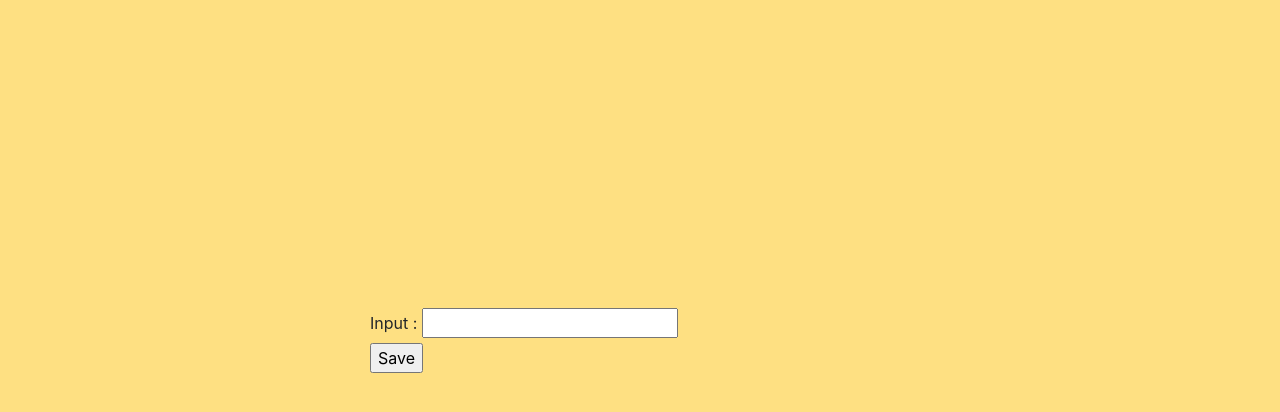
Repository: wtrabelssi/geolocalisation
Page: http://localhost/PfaGeo/view/index.jsp
An editor plug-in stored every save of this project. The page is shown before and after the next save, followed by the edit.
The browser window is 1280 px wide. The pictures show the whole page.
The page is served by Tomcat 9.

Above is the page before, as saved 2023-05-07 22:35:07.

After the next save:
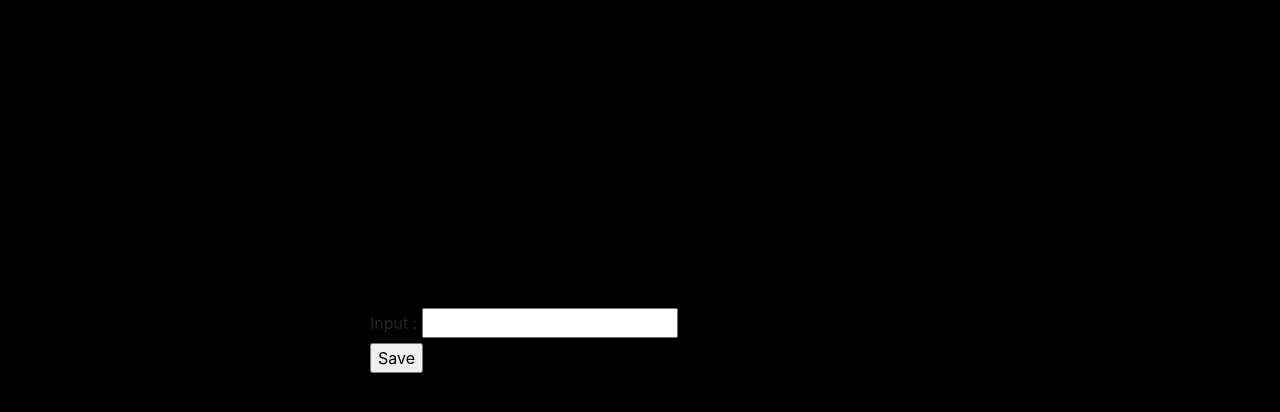
Saved 23 s later.
--- a/PfaGeo/src/main/webapp/view/index.jsp
+++ b/PfaGeo/src/main/webapp/view/index.jsp
@@ -17,7 +17,7 @@
         display: flex;
         align-items: center;
         justify-content: center;
-        background-color: #fee082; /* Replace with your desired background color */
+        background-color: #000000; /* Replace with your desired background color */
       }
     </style>
 </head>
